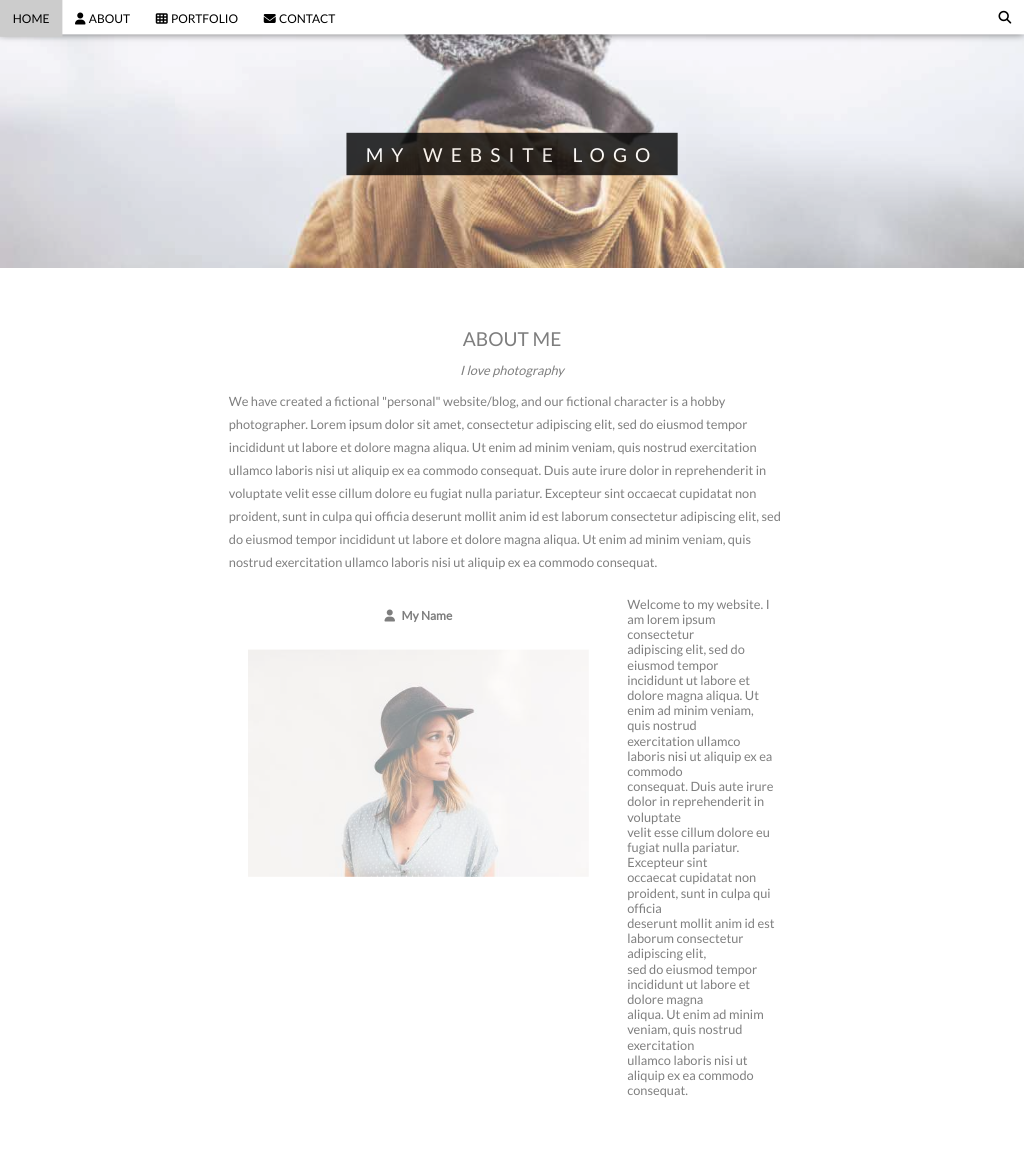
Repository: xd25vn/project-error
Page: index.html
An editor plug-in stored every save of this project. The page is shown before and after the next save, followed by the edit.
The browser window is 1280 px wide. The pictures show the whole page, at 80% of full size.

Above is the page before, as saved 2023-09-02 17:45:41.

### index.html
<html lang="en">
<head>
    <meta charset="UTF-8">
    <meta name="viewport" content="width=device-width, initial-scale=1.0">
    <title>TEMPLATE PARALLAX</title>
    <link rel="stylesheet" href="./assets/base.css">
    <link rel="stylesheet" href="./assets/main.css">
    <link rel="stylesheet" href="https://fonts.googleapis.com/css?family=Lato">
    <link rel="stylesheet" href="./assets/font/fontawesome-free-6.4.0-web/fontawesome-free-6.4.0-web/css/all.min.css">
</head>
<body>
    <!--! HEADER -->
    <header>
        <!--? NAV -->
        <ul id="nav">
            <li><a href="#">Home</a></li>
            <li><a href="#"><i class="fa-solid fa-user"></i>About</a></li>
            <li><a href="#"><i class="fa fa-th"></i>Portfolio</a></li>
            <li><a href="#"><i class="fa-solid fa-envelope"></i>contact</a></li>
        </ul>
        <div class="nav-icon-search">
            <i class="fa-solid fa-magnifying-glass"></i>
        </div>
        <!--? NAV -->
    </header>
    <!--! HEADER -->
    <!--& SIDEBAR -->
    <div id="sidebar">
        <div class="sidebar-img-one"></div>
        <div class="sidebar-text-one">
            <span>MY WEBSITE LOGO</span>
        </div>
    </div>
    <!-- & SIDEBAR -->
    <div id="content">
        <div id="about">
            <h3 class="heading-section">ABOUT ME</h3>
            <p class="sub-heading-section">I love photography</p>
            <p class="about-section">We have created a fictional "personal" website/blog, and our fictional character is a hobby photographer. Lorem ipsum dolor sit amet, consectetur adipiscing elit, sed do eiusmod tempor incididunt ut labore et dolore magna aliqua. Ut enim ad minim veniam, quis nostrud exercitation ullamco laboris nisi ut aliquip ex ea commodo consequat. Duis aute irure dolor in reprehenderit in voluptate velit esse cillum dolore eu fugiat nulla pariatur. Excepteur sint occaecat cupidatat non proident, sunt in culpa qui officia deserunt mollit anim id est laborum consectetur adipiscing elit, sed do eiusmod tempor incididunt ut labore et dolore magna aliqua. Ut enim ad minim veniam, quis nostrud exercitation ullamco laboris nisi ut aliquip ex ea commodo consequat.</p>

            <div id="per-dec-one">
                <div class="per-img-one">
                    <div class="heading-per-one">
                        <b><i class="fa fa-user w3-margin-right"></i>My Name</b>
                    </div>
                    <br>
                    <div class="per-img">
                        <img src="./assets/image/per-dec-img/avatar_hat.jpg" alt="AVATER HAT">
                    </div>
                </div>

                <div class="per-text-one">
                    <p>Welcome to my website. I am lorem ipsum consectetur<br> adipiscing elit, sed do eiusmod tempor incididunt ut labore et<br> dolore magna aliqua. Ut enim ad minim veniam, quis nostrud<br> exercitation ullamco laboris nisi ut aliquip ex ea commodo<br> consequat. Duis aute irure dolor in reprehenderit in voluptate<br> velit esse cillum dolore eu fugiat nulla pariatur. Excepteur sint<br> occaecat cupidatat non proident, sunt in culpa qui officia<br> deserunt mollit anim id est laborum consectetur adipiscing elit,<br> sed do eiusmod tempor incididunt ut labore et dolore magna<br> aliqua. Ut enim ad minim veniam, quis nostrud exercitation<br> ullamco laboris nisi ut aliquip ex ea commodo consequat.</p>
                </div>
            </div>
        </div>

        <div class="portfolio">

        </div>

        <div class="my-work">

        </div>

        <div class="contact">

        </div>

        <div class="map-work">

        </div>
    </div>

    <footer id="footer">

    </footer>
</body>
</html>

### assets/base.css
* {
    margin: 0;
    padding: 0;
    box-sizing: border-box;
}
body {
    background-color: #fff;
    font-family: "Lato", sans-serif;
}

### assets/main.css
header {
    height: 43px;
    width: 100%;
    background-color: #fff;
    box-shadow: 0 0 10px rgba(0, 0, 0, 0.6);
    position: fixed;
    z-index: 1;
}

header #nav {
    display: flex;
    list-style: none;
    align-items: center;
    position: relative;
}

header #nav li {
    padding: 14px 16px;
    display: block;
}

header #nav li i {
    padding-right: 4px;
}

header
#nav
li a {
    text-decoration: none;
    color: #000;
    font-size: 15px;
    text-transform: uppercase;
}

header
#nav
li:hover {
    background: #ccc;
    cursor: pointer;
}

header
.nav-icon-search
i {
    position: absolute;
    top: 0;
    right: 0;
    padding: 14px 16px;
    text-align: center;
}

header .nav-icon-search:hover i {
    background-color: #f44336 !important;
    color: #fff;
    display: block;
    cursor: pointer;
}

#sidebar .sidebar-img-one {
    background: url(../assets/image/sidebar1.jpg) center / cover no-repeat;
    padding-top: calc(27% - 10.18px);
    opacity: 0.7;
    position: relative;
}

#sidebar .sidebar-text-one {
    background-color: #000 !important;
    position: absolute;
    padding: 12px 24px;
    left: 50%;
    transform: translateX(-50%);
    top: 23%;
    opacity: 0.8;
}

#sidebar .sidebar-text-one span {
    color: #fff;
    font-size: 24px;
    letter-spacing: 10;
}

#content #about {
    margin: 0px 270px;
    padding: 64px 16px;
}

#content #about .heading-section {
    margin: 10px 0px;
    font-size: 24px;
    font-weight: 400;
    text-align: center;
    opacity: 0.5;
}

#content #about .sub-heading-section {
    margin: 15px 0px;
    font-style: italic;
    text-align: center;
    opacity: 0.5;
}

#content #about .about-section {
    margin: 15px 0px;
    line-height: 1.8;
    opacity: 0.5;
}

#content #per-dec-one {
    display: flex;
}

#content #per-dec-one .per-img-one {
    padding: 12px 24px;
    text-align: center;
}

#content #per-dec-one .per-img-one .heading-per-one {
    margin: 15px 0px;
    font-size: 15px;
    opacity: 0.5;
}

#content #per-dec-one .per-img-one .heading-per-one i {
    padding-right: 8px;
}

#content #per-dec-one .per-img {
    width: 100%;
}

#content #per-dec-one .per-img img {
    height:  284px;
    width: 426px;
    opacity: 0.5;
}

#content #per-dec-one .per-img-one .per-img img:hover {
    opacity: 1;
}

#content #per-dec-one .per-text-one {
    padding: 12px 24px;
    opacity: 0.5;
}

Loaded but not shown: assets/font/fontawesome-free-6.4.0-web/fontawesome-free-6.4.0-web/css/all.min.css (library)

After the next save:
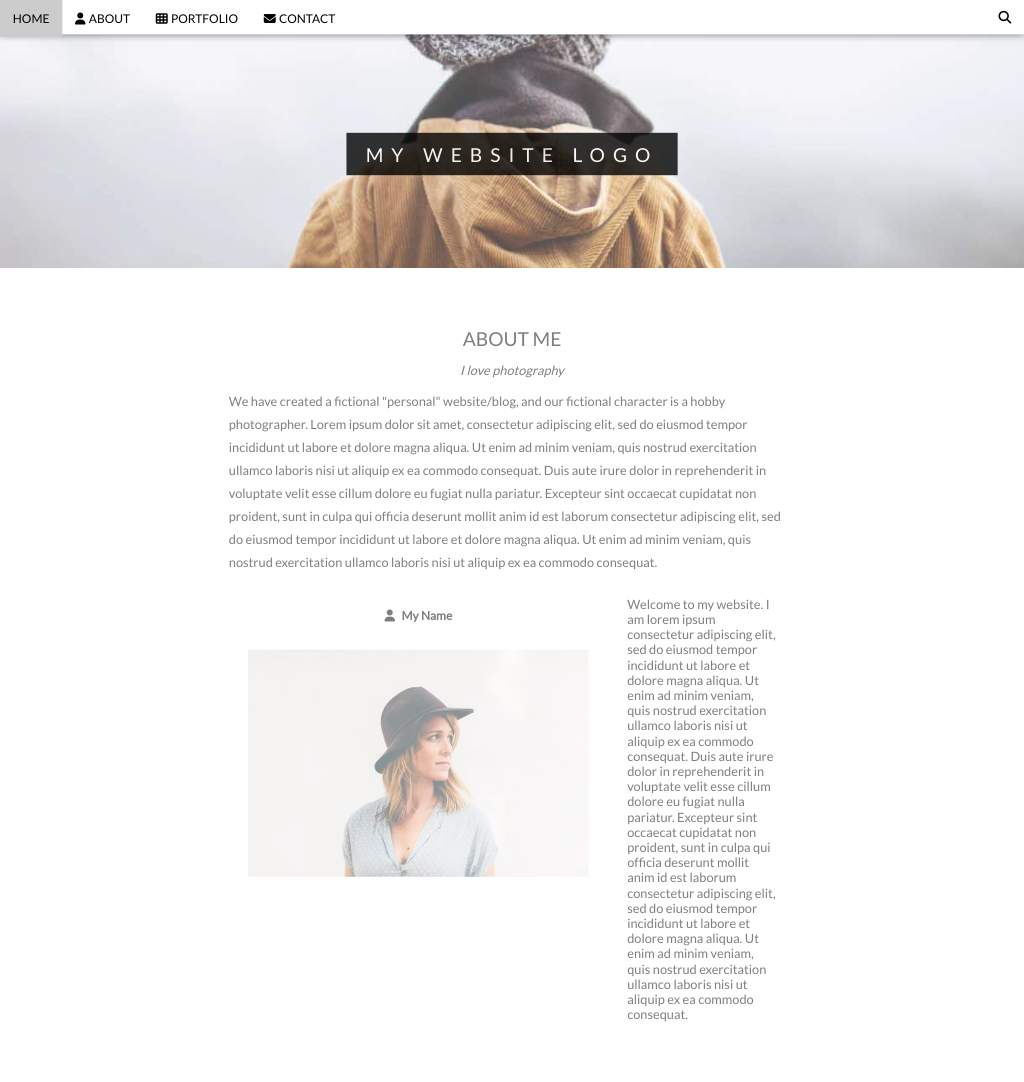
Saved 31 s later.
--- a/index.html
+++ b/index.html
@@ -50,7 +50,7 @@
                 </div>
 
                 <div class="per-text-one">
-                    <p>Welcome to my website. I am lorem ipsum consectetur<br> adipiscing elit, sed do eiusmod tempor incididunt ut labore et<br> dolore magna aliqua. Ut enim ad minim veniam, quis nostrud<br> exercitation ullamco laboris nisi ut aliquip ex ea commodo<br> consequat. Duis aute irure dolor in reprehenderit in voluptate<br> velit esse cillum dolore eu fugiat nulla pariatur. Excepteur sint<br> occaecat cupidatat non proident, sunt in culpa qui officia<br> deserunt mollit anim id est laborum consectetur adipiscing elit,<br> sed do eiusmod tempor incididunt ut labore et dolore magna<br> aliqua. Ut enim ad minim veniam, quis nostrud exercitation<br> ullamco laboris nisi ut aliquip ex ea commodo consequat.</p>
+                    <p>Welcome to my website. I am lorem ipsum consectetur adipiscing elit, sed do eiusmod tempor incididunt ut labore et dolore magna aliqua. Ut enim ad minim veniam, quis nostrud exercitation ullamco laboris nisi ut aliquip ex ea commodo consequat. Duis aute irure dolor in reprehenderit in voluptate velit esse cillum dolore eu fugiat nulla pariatur. Excepteur sint occaecat cupidatat non proident, sunt in culpa qui officia deserunt mollit anim id est laborum consectetur adipiscing elit, sed do eiusmod tempor incididunt ut labore et dolore magna aliqua. Ut enim ad minim veniam, quis nostrud exercitation ullamco laboris nisi ut aliquip ex ea commodo consequat.</p>
                 </div>
             </div>
         </div>
